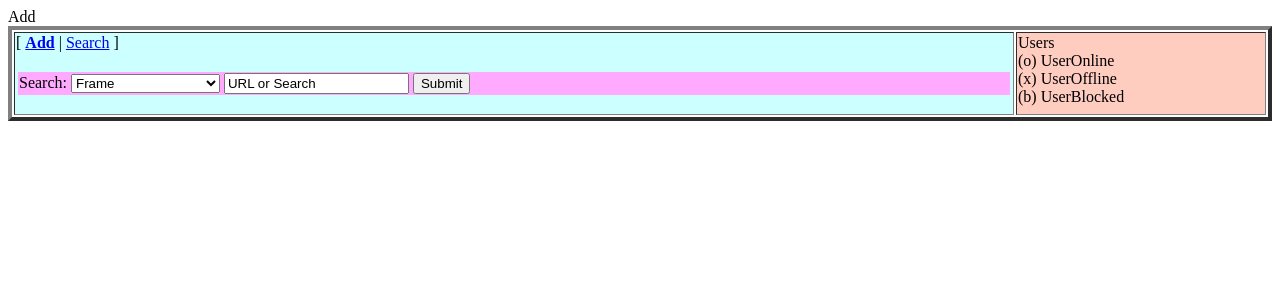
Repository: nevinleiby/SwapRC
Page: add_interface.html
These files come from the project's save history. The page is drawn as it stood at one moment and after the next save; the edit follows.
The browser window is 1280 px wide. The pictures show the whole page.

Above is the page before, as saved 2019-09-08 01:42:27.

### add_interface.html
<html>
    <title>
        Swap RC
    </title>
    <body>
            Add
            <br>
            <table border=4 width=100%>
                <tr border=4>
                    <td width = 80% border=2 bgcolor="#ccffff" valign=top>
                        [
                        <b><a href="./add_interface.html">Add</a></b> |
                        <a href="./search_interface.html">Search</a>
                        ]
                        <form>
                        <br>
                        <table width=100%>
                            <tr>
                                <td valign=top bgcolor="#ffaaff">
                                    Search:
                                    <select name="category">
                                            <option value = "frame">Frame</option>
                                            <option value = "fc">Flight Controller</option>
                                            <option value = "esc">ESC</option>
                                            <option value = "motor">Motors</option>
                                            <option value = "propeller">Propeller</option>
                                            <option value = "fpv_camera">FPV Camera</option>
                                            <option value = "transmitter">Transmitter</option>
                                            <option value = "antenna">Antenna</option>
                                            <option value = "vtx">VTX</option>
                                            <option value = "receiver">Receiver</option>
                                            <option value = "battery">Battery</option>
                                            <option value = "pdb">PDB</option>
                                            <option value = "hardware">Hardware</option>
                                            <option value = "3d_print">3D Prints</option>
                                            <option value = "goggles">FPV Goggles</option>
                                            <option value = "video_monitors">FPV Video Monitors</option>
                                            <option value = "video_receivers">FPV Video Receivers</option>
                                            <option value = "swag">Swag</option>
                                    </select>
                                    <input type=text name="Name" value = "URL or Search" >
                                    <input type=submit name="submit">


                                </td>

                            </tr>
                        </table>
                        </form>

                    </td>
                    <td border=2 bgcolor="ffccccc" valign=top>
                        Users
                        <br>
                        (o) UserOnline<br>
                        (x) UserOffline<br>
                        (b) UserBlocked<br>
                    </td>
                </tr>
            </table>
    </body>

</html>

After the next save:
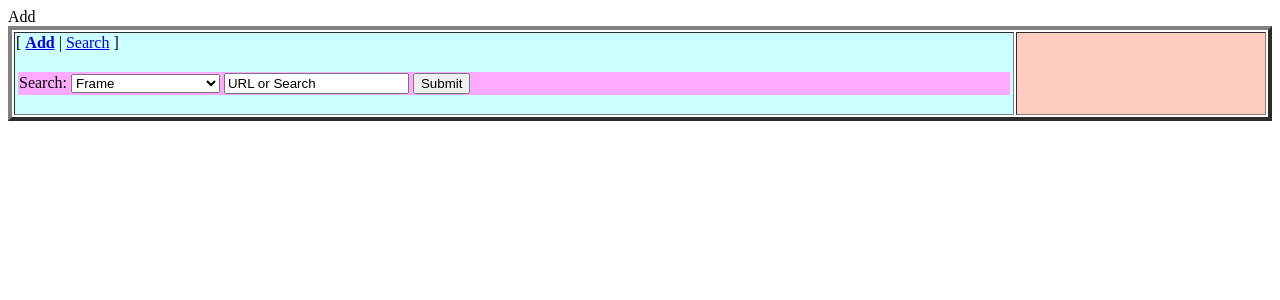
Saved 72 s later.
--- a/add_interface.html
+++ b/add_interface.html
@@ -50,11 +50,9 @@
 
                     </td>
                     <td border=2 bgcolor="ffccccc" valign=top>
-                        Users
-                        <br>
-                        (o) UserOnline<br>
-                        (x) UserOffline<br>
-                        (b) UserBlocked<br>
+                        <frameset>
+                            <frame src="./frame_users.html">
+                        </frameset>
                     </td>
                 </tr>
             </table>
